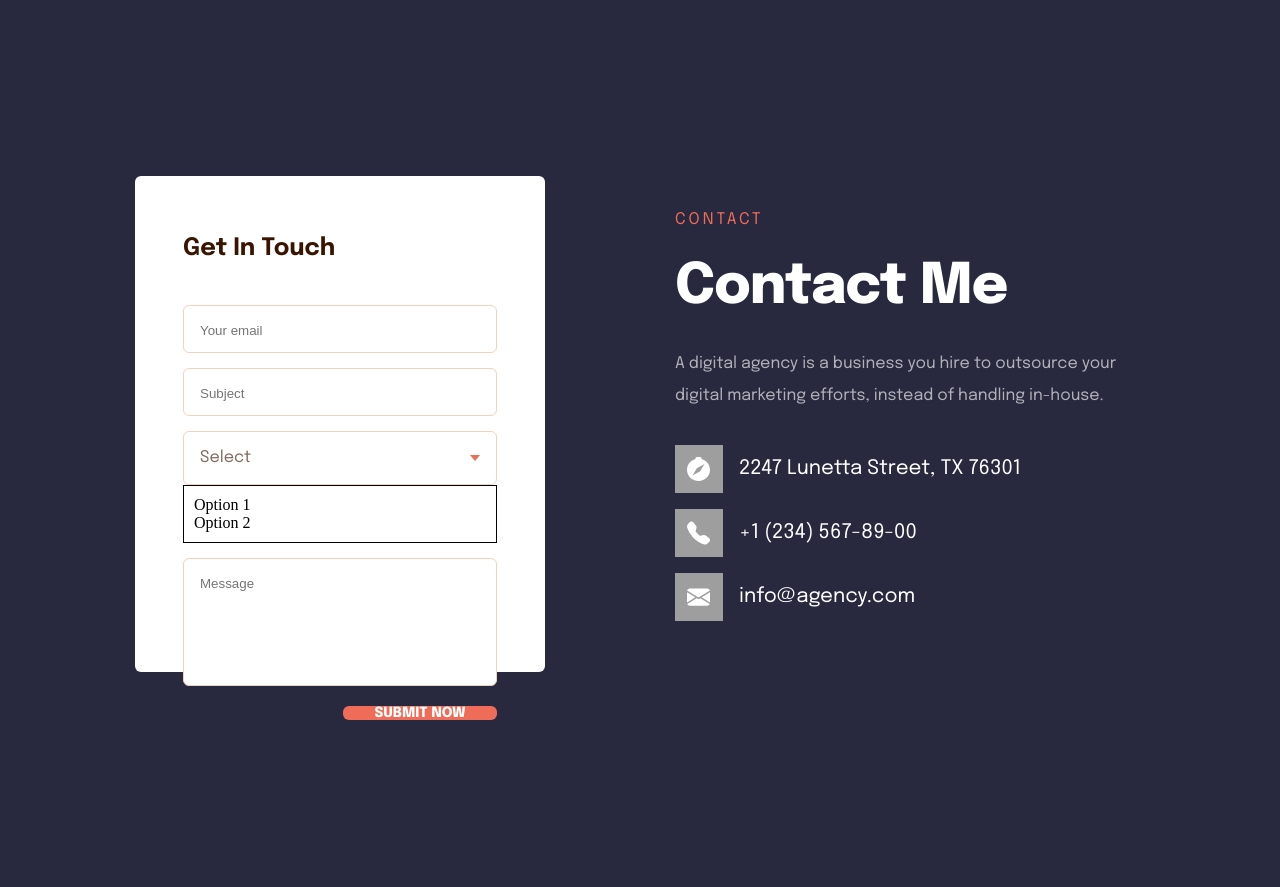
Repository: NatiqSamiyev/form-task-2
Page: index.html
These files come from the project's save history. The page is drawn as it stood at one moment and after the next save; the edit follows.
The browser window is 1280 px wide. The pictures show the whole page.
Pictures or frames that could not be fetched are drawn as grey boxes. Some web fonts or font styles are not loaded; a fallback is used.

Above is the page before, as saved 2023-10-26 11:48:49.

After the next save:
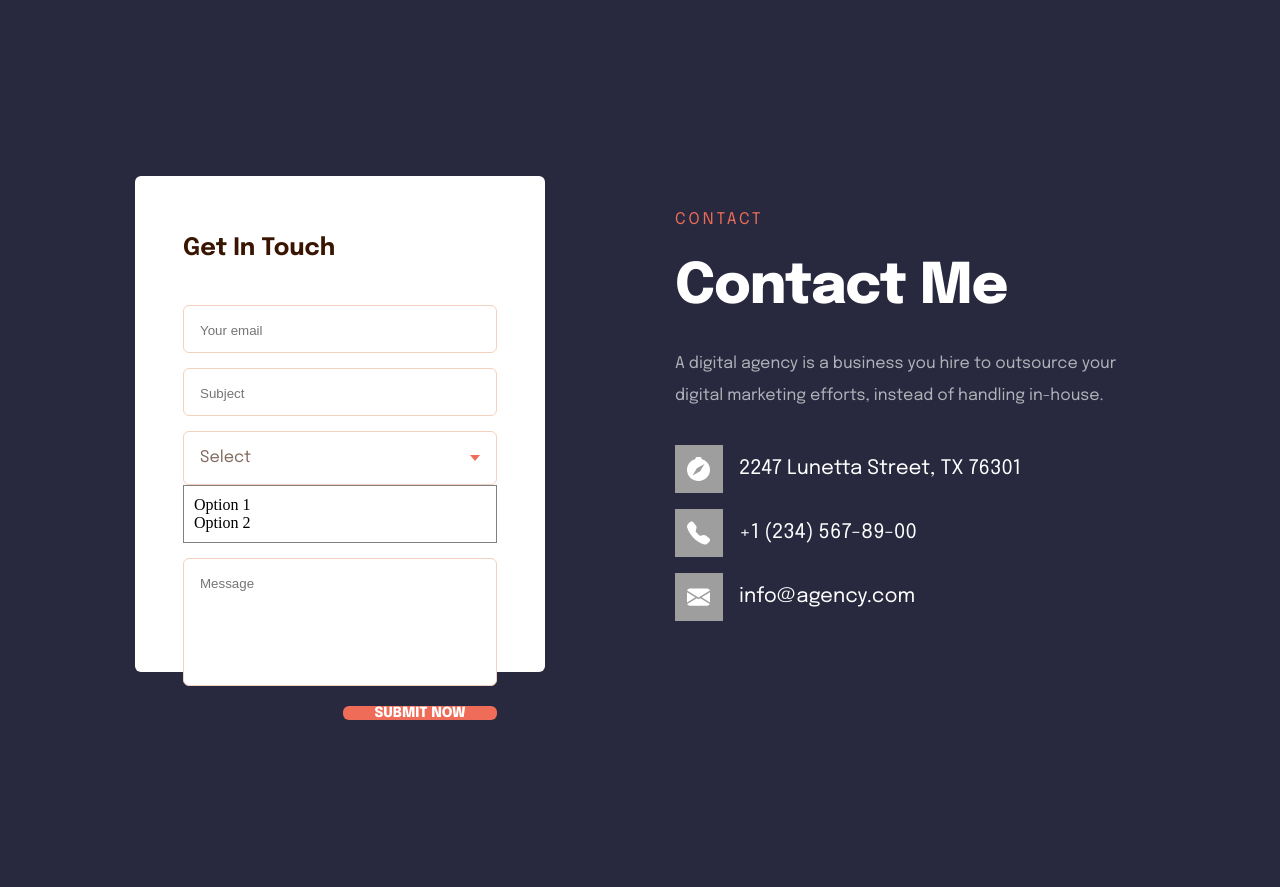
Saved 21 s later.
--- a/index.css
+++ b/index.css
@@ -191,6 +191,6 @@ text-align: start;
   transform: translateY(-50%);
 }
 .option-box{
-border: 1px solid black;
+border: 1px solid gray;
 padding: 10px;
 }
